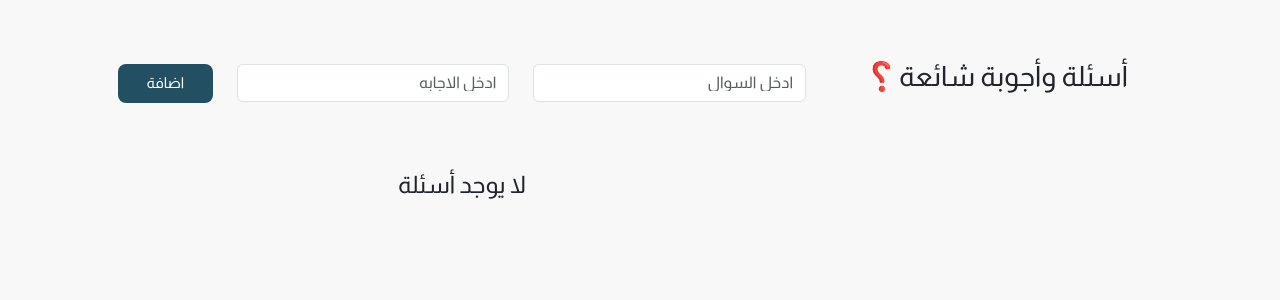
Repository: kerlos-alfy/Questions-And-Answers
Page: /
An editor plug-in stored every save of this project. The page is shown before and after the next save, followed by the edit.
The browser window is 1280 px wide. The pictures show the whole page.
Some web fonts or font styles are not loaded; a fallback is used. The project was rebuilt for these pictures with package versions that can differ from the ones it lists, and the page was loaded fresh each time. Also part of the build but not shown: vite.config.js, src/App.css.

Above is the page before, as saved 2024-12-19 07:51:55.

### index.html
<!DOCTYPE html>
<html lang="ar" dir="rtl">
	<head>
		<meta charset="UTF-8" />
		<link rel="icon" type="image/svg+xml" href="https://img.icons8.com/?size=100&id=EtlPmfgnN7sW&format=png" />
		<link
			rel="stylesheet"
			href="https://cdn.jsdelivr.net/npm/bootstrap@5.3.2/dist/css/bootstrap.min.css"
			integrity="sha384-T3c6CoIi6uLrA9TneNEoa7RxnatzjcDSCmG1MXxSR1GAsXEV/Dwwykc2MPK8M2HN"
			crossorigin="anonymous" />
		<!-- Start Font Google Arabic  -->
		<link rel="preconnect" href="https://fonts.googleapis.com" />
		<link rel="preconnect" href="https://fonts.gstatic.com" crossorigin />
		<link
			href="https://fonts.googleapis.com/css2?family=Alkalami&family=Almarai:wght@300;400;700;800&family=Cairo:wght@200..1000&family=Rakkas&display=swap"
			rel="stylesheet" />
		<!-- End Font Google Arabic  -->
		<meta name="viewport" content="width=device-width, initial-scale=1.0" />
		<title>Question and Answer ❓</title>
	</head>
	<body>
		<div id="root"></div>
		<script type="module" src="/src/main.jsx"></script>
	</body>
</html>

### src/index.css
body {
	margin: 0;
}
.color-body {
	height: 100vh;
	background-color: #f8f8f8;
}
.font {
	font-family: "Almarai", sans-serif;
	font-size: 15px;
}

.btn-color {
	border: none;
	border-radius: 8px;
	color: white;
	background-color: #224f61;
	padding: 8px;
}
.btn-color:hover {
	color: rgb(148, 148, 162);
}

.img-avatar {
	height: 60px;
	width: 60px;
	border-radius: 50%;
}

.mt-0 {
	margin-top: 0;
}

.font-decription {
	color: #8c8c8c;
	font-family: Almarai;
	font-size: 16px;
	font-weight: bold;
	letter-spacing: 0;
	line-height: 20px;
	text-align: right;
}

.font-title {
	font-family: Almarai;
	font-size: 21px;
	font-weight: bold;
	letter-spacing: 0;
	line-height: 28px;
	text-align: right;
}

### src/App.jsx
import { Container, Col, Row } from "react-bootstrap";
import "./App.css";
import FormInput from "./components/FormInput";
import QAList from "./components/QAList";
import { question } from "./data";
import { useState } from "react";

function App() {
	const [data, setData] = useState(question);

	const addItem = () => {
		localStorage.setItem("items", JSON.stringify([...question]));
		setData([...question]);
	};

	const delateAllItem = () => {
		localStorage.removeItem("items");
		question.splice(0, question.length);
		setData([]);
	};
	const deleteOneItem = (items) => {
		localStorage.setItem("items", JSON.stringify([...items]));

		setData([...items]);
	};
	return (
		<div className="font text-center color-body">
			<Container className="p-5">
				<Row className="justify-content-center">
					<Col sm="4">
						<div className="fs-3 text-center py-2">
							أسئلة وأجوبة شائعة
							<span style={{ display: "inline-block", transform: "scaleX(-1)" }}>❓</span>
						</div>
					</Col>
					<Col sm="8">
						<FormInput onAdd={addItem} />
						<QAList data={data} deleteOneItem={deleteOneItem} />
						{data.length >= 1 ? (
							<button onClick={delateAllItem} className="btn-color w-100 my-3">
								مسح الكل
							</button>
						) : null}
					</Col>
				</Row>
			</Container>
		</div>
	);
}

export default App;

### src/components/FormInput.jsx
import { useState } from "react";
import { Col, Row, Form } from "react-bootstrap";
import { question } from "../data";

// eslint-disable-next-line react/prop-types
const FormInput = ({ onAdd }) => {
	const [qu, setQu] = useState("");
	const [an, setAn] = useState("");
	const addNewItem = () => {
		question.push({ id: Math.random(), question: qu, answer: an });
		setQu("");
		setAn("");
		onAdd();
	};

	return (
		<Row className="my-3">
			<Col sm="5">
				<Form.Control value={qu} onChange={(e) => setQu(e.target.value)} type="text" placeholder="ادخل السوال" />
			</Col>

			<Col sm="5">
				<Form.Control value={an} onChange={(e) => setAn(e.target.value)} type="text" placeholder="ادخل الاجابه" />
			</Col>
			<Col sm="2">
				<button onClick={addNewItem} className="btn-color w-100" type="submit">
					اضافة
				</button>
			</Col>
		</Row>
	);
};

export default FormInput;

### src/components/QAList.jsx
/* eslint-disable react/prop-types */
import { Row, Accordion } from "react-bootstrap";
import { question } from "../data";

const QAList = ({ data, deleteOneItem }) => {
	const dataLocal = JSON.parse(localStorage.getItem("items"));

	const onDeleteItem = (ID) => {
		if (localStorage.getItem("items") !== null) {
			const index = question.findIndex((item) => item.id === ID);
			question.splice(index, 1);
			deleteOneItem(question);
		}
	};
	return (
		<Row>
			<Accordion>
				{data.length >= 1 ? (
					data.map((item, index) => {
						return (
							<Accordion.Item eventKey={item.id} key={index}>
								<Accordion.Header>
									<div className="m-auto">{item.question}</div>
								</Accordion.Header>
								<Accordion.Body className="text-end">
									<div className="px-3 d-inline ">{item.answer}</div>
									<button onClick={() => onDeleteItem(item.id)} className="btn-color">
										مسح
									</button>
								</Accordion.Body>
							</Accordion.Item>
						);
					})
				) : (
					<div className="text-center fs-4 p-5">لا يوجد أسئلة</div>
				)}
			</Accordion>
		</Row>
	);
};

export default QAList;

### src/data.js
export const question = [];

// export const question = [
// 	{
// 		question: "ما هو React؟",
// 		answer: "React مكتبة JavaScript تُستخدم لبناء واجهات المستخدم الديناميكية.",
// 	},
// 	{
// 		question: "ما الفرق بين Class Components و Function Components؟",
// 		answer:
// 			"Class Components تعتمد على ES6 classes وتُستخدم مع الطرق التقليدية، بينما Function Components تعتمد على دوال JavaScript العادية وتدعم استخدام Hooks.",
// 	},
// 	{
// 		question: "ما هو useState في React؟",
// 		answer: "useState هو Hook يُستخدم لإدارة الحالة (state) داخل Function Components.",
// 	},
// 	{
// 		question: "ما هي Props؟",
// 		answer: "Props هي خصائص تُمرر إلى المكونات كوسيلة لنقل البيانات من مكون أبوي إلى مكون فرعي.",
// 	},
// 	{
// 		question: "ما الفرق بين state و props؟",
// 		answer: "State تُستخدم لإدارة البيانات الداخلية للمكون، بينما props تُستخدم لنقل البيانات بين المكونات.",
// 	},
// 	{
// 		question: "ما هو Virtual DOM؟",
// 		answer: "Virtual DOM هو نسخة خفيفة من DOM الفعلي تُستخدم لتحسين الأداء في React.",
// 	},
// 	{
// 		question: "ما هي فوائد استخدام React؟",
// 		answer: "سهولة إعادة الاستخدام، الأداء العالي بفضل Virtual DOM، والمجتمع الضخم الداعم.",
// 	},
// 	{
// 		question: "ما هو الفرق بين React و React Native؟",
// 		answer: "React تُستخدم لبناء تطبيقات الويب، بينما React Native تُستخدم لبناء تطبيقات الهاتف المحمول.",
// 	},
// 	{
// 		question: "ما هي الواجهة الأساسية لـ React؟",
// 		answer: "الواجهة الأساسية لـ React هي JSX، وهي عبارة عن امتداد لـ JavaScript يسمح بكتابة HTML داخل JavaScript.",
// 	},
// 	{
// 		question: "ما هي الرفرفة؟",
// 		answer: "الرفرفة (rendering) هي عملية تحديث واجهة المستخدم بناءً على التغيرات في البيانات أو الحالة.",
// 	},
// ];

Loaded but not shown: src/main.jsx (common file)

After the next save:
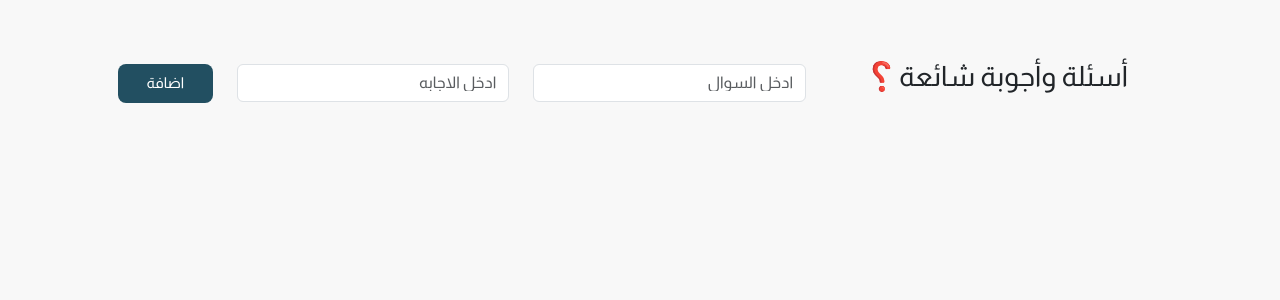
Saved 42 s later.
--- a/src/components/QAList.jsx
+++ b/src/components/QAList.jsx
@@ -6,7 +6,7 @@
 	const dataLocal = JSON.parse(localStorage.getItem("items"));
 
 	const onDeleteItem = (ID) => {
-		if (localStorage.getItem("items") !== null) {
+		if (localStorage.getItem("items") != null) {
 			const index = question.findIndex((item) => item.id === ID);
 			question.splice(index, 1);
 			deleteOneItem(question);
@@ -15,7 +15,7 @@
 	return (
 		<Row>
 			<Accordion>
-				{data.length >= 1 ? (
+				{localStorage.getItem("items") != null >= 1 ? (
 					data.map((item, index) => {
 						return (
 							<Accordion.Item eventKey={item.id} key={index}>

After the save that followed:
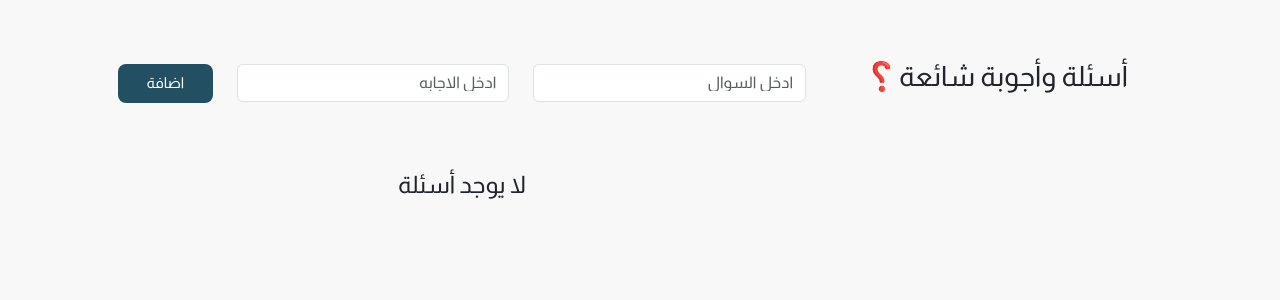
Saved 11 s later.
--- a/src/components/QAList.jsx
+++ b/src/components/QAList.jsx
@@ -15,7 +15,7 @@
 	return (
 		<Row>
 			<Accordion>
-				{localStorage.getItem("items") != null >= 1 ? (
+				{localStorage.getItem("items") != null ? (
 					data.map((item, index) => {
 						return (
 							<Accordion.Item eventKey={item.id} key={index}>
